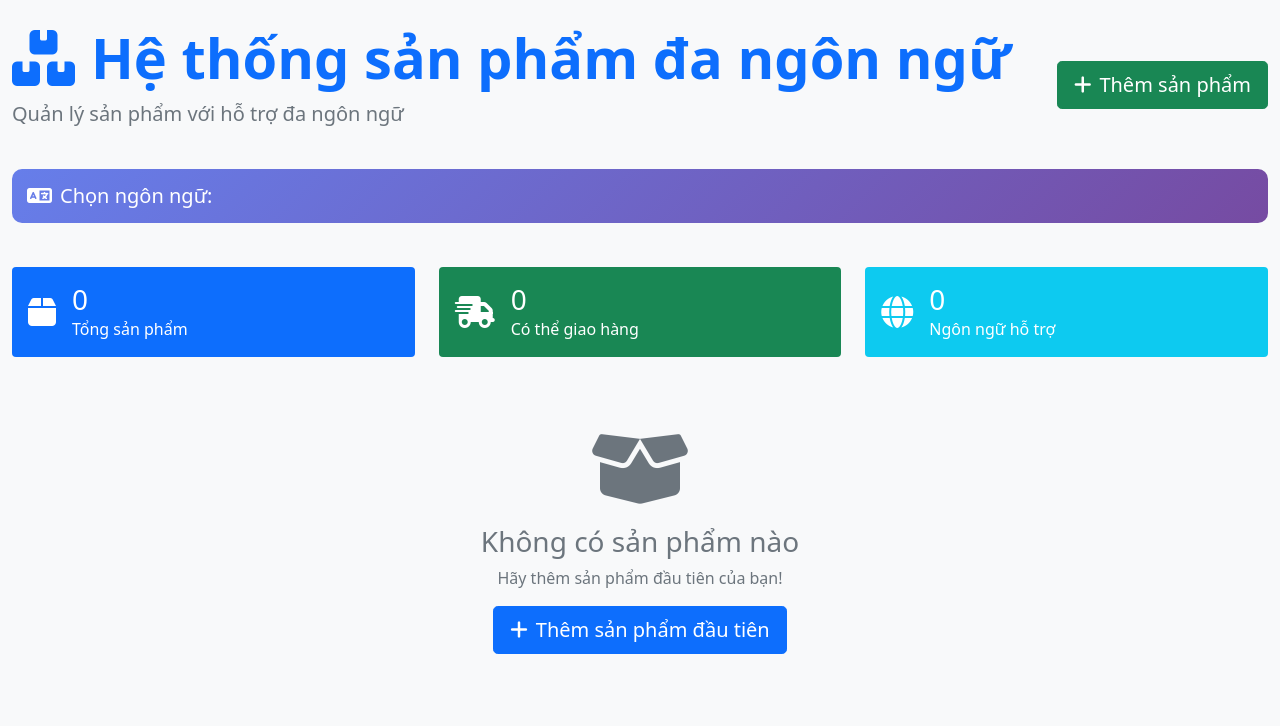
Repository: MaryPhuong11/JSP-Servlet
Page: http://localhost/JSP-Servlet/products
The author's editor kept a copy of each file at every save. The page is drawn from the files as they stood at one save, then again after the next save.
The browser window is 1280 px wide. The pictures show the whole page.
The page is served by Tomcat 9. Queries for data that is not in the repository find no rows.

Above is the page before, as saved 2025-10-14 10:57:31.

After the next save:
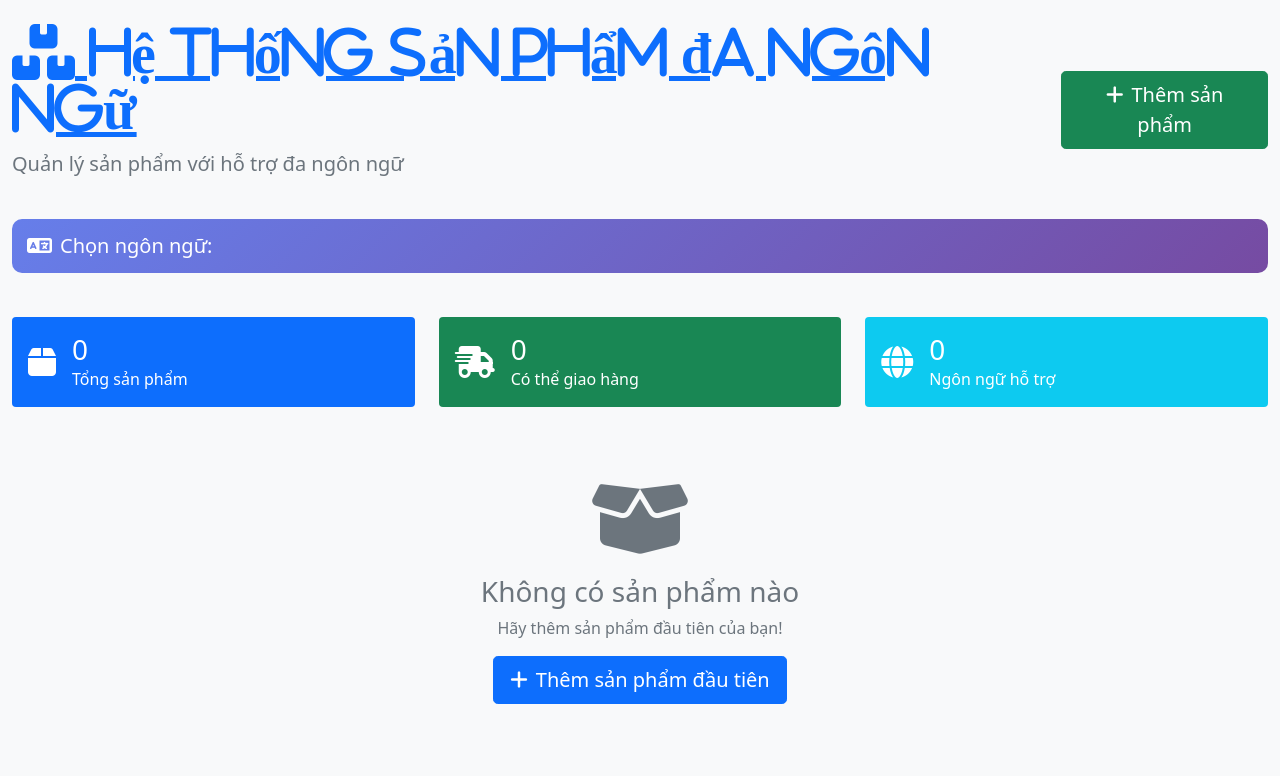
Saved 54 s later.
--- a/JSP-Servlet/src/main/webapp/WEB-INF/jsp/product-list.jsp
+++ b/JSP-Servlet/src/main/webapp/WEB-INF/jsp/product-list.jsp
@@ -64,7 +64,10 @@
                 <div class="d-flex justify-content-between align-items-center">
                     <div>
                         <h1 class="display-4 fw-bold text-primary">
-                            <i href="/JSP-Servlet/products" class="fas fa-boxes me-3" ></i><fmt:message key="product.list.title"/>
+                           <a href="/JSP-Servlet/products" class="fas fa-boxes me-3">
+    <fmt:message key="product.list.title"/>
+</a>
+
 
                         </h1>
                         <p class="lead text-muted"><fmt:message key="product.list.subtitle"/></p>
